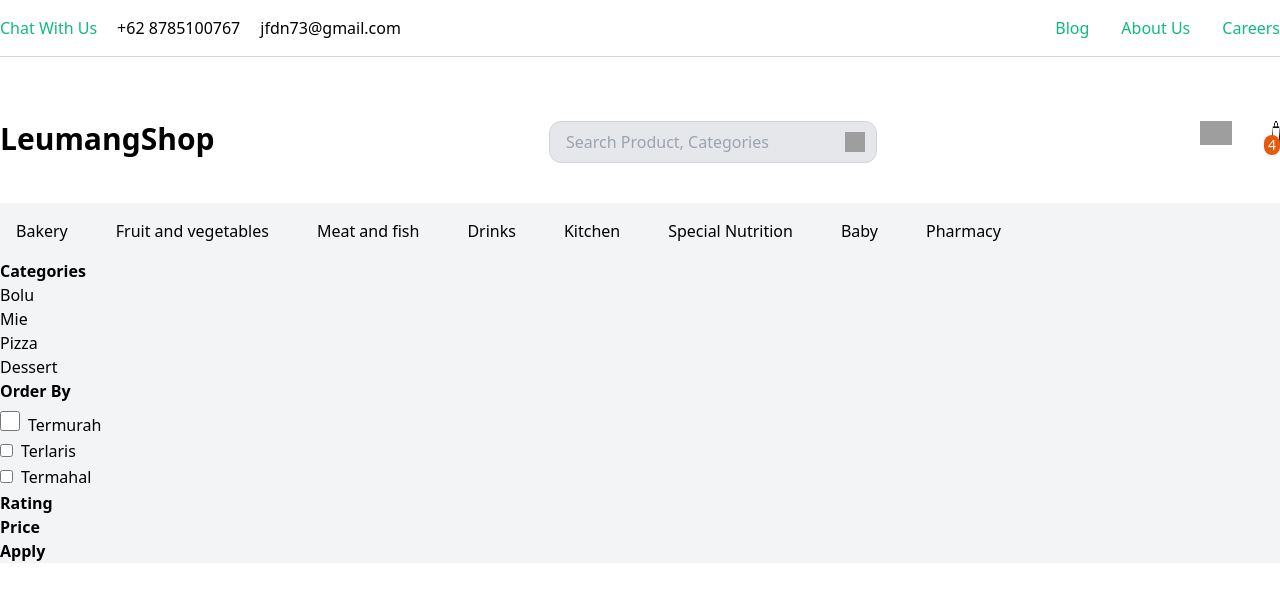
Repository: jafetdn73/ecommerce-tailwind
Page: /
The author's editor kept a copy of each file at every save. The page is drawn from the files as they stood at one save, then again after the next save.
The browser window is 1280 px wide. The pictures show the whole page.
Pictures or frames that could not be fetched are drawn as grey boxes. The project was rebuilt for these pictures with package versions that can differ from the ones it lists, and the page was loaded fresh each time. Also part of the build but not shown: src/App.css.

Above is the page before, as saved 2022-03-13 11:53:47.

After the next save:
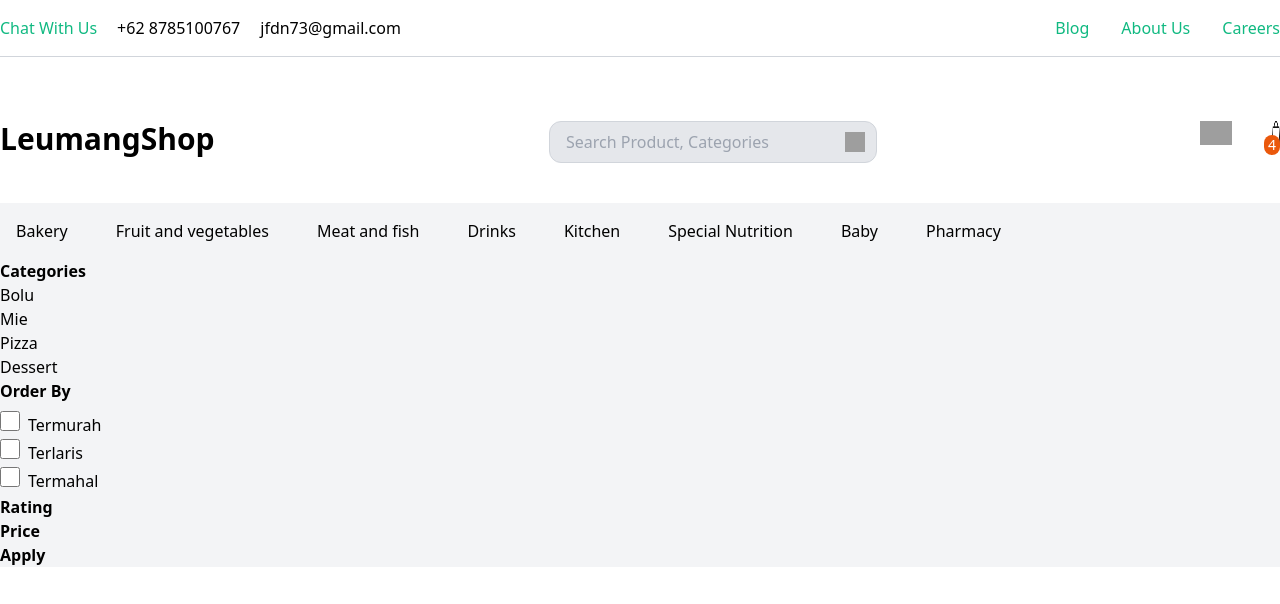
Saved 72 s later.
--- a/src/App.js
+++ b/src/App.js
@@ -70,10 +70,10 @@ function App() {
              <input type="checkbox" className="bg-lime-600 w-5 h-5 mr-2 mb-2"></input><label>Termurah</label>
           </div>
           <div>
-            <input type="checkbox"  className="mr-2 mb-2"></input><label>Terlaris</label>
+            <input type="checkbox"  className="bg-lime-600 w-5 h-5 mr-2 mb-2"></input><label>Terlaris</label>
           </div>
           <div>
-            <input type="checkbox"  className="mr-2 mb-2"></input><label>Termahal</label>
+            <input type="checkbox"  className="bg-lime-600 w-5 h-5 mr-2 mb-2"></input><label>Termahal</label>
           </div>
 
           </div>
